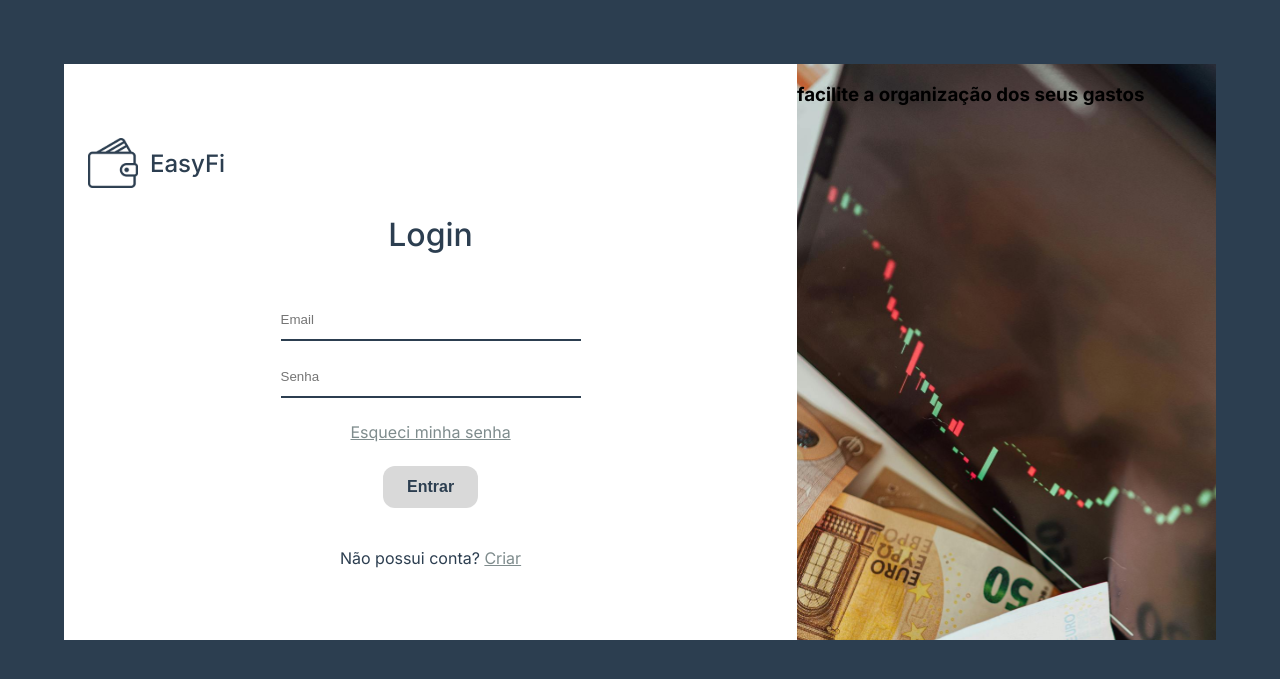
Repository: Ingridiag/projeto-engenharia
Page: login.html
An editor plug-in stored every save of this project. The page is shown before and after a run of saves, followed by the edit.
The browser window is 1280 px wide. The pictures show the whole page.

Above is the page before, as saved 2024-10-28 17:01:47.

After the next 2 saves:
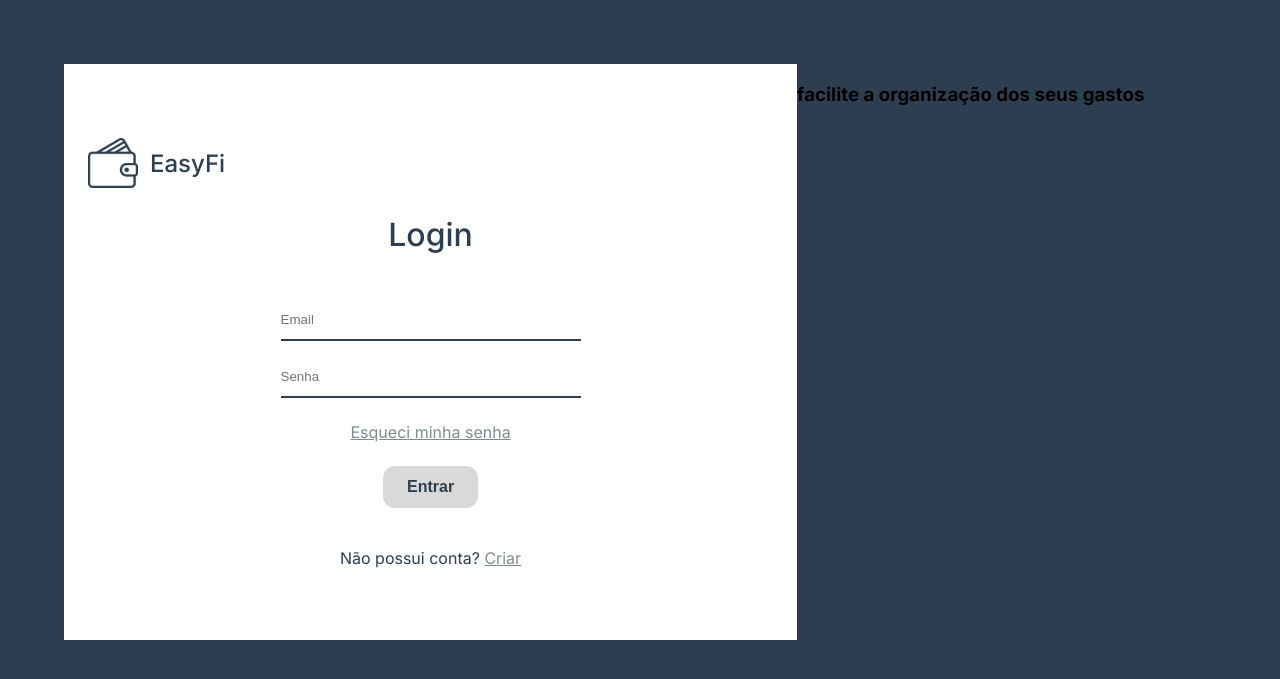
The 2 saves are shown as one change because they came seconds apart.
The last was saved 62 s later.
--- a/style.css
+++ b/style.css
@@ -101,7 +101,7 @@
 .decor{
   width: 40%;
   height: 80vh;
-  background-image: url(imagens/imagem_background.svg)
+  background-image: url(wi imagens/imagem_background.svg)
 }
 
 .cadastro {

After the save that followed:
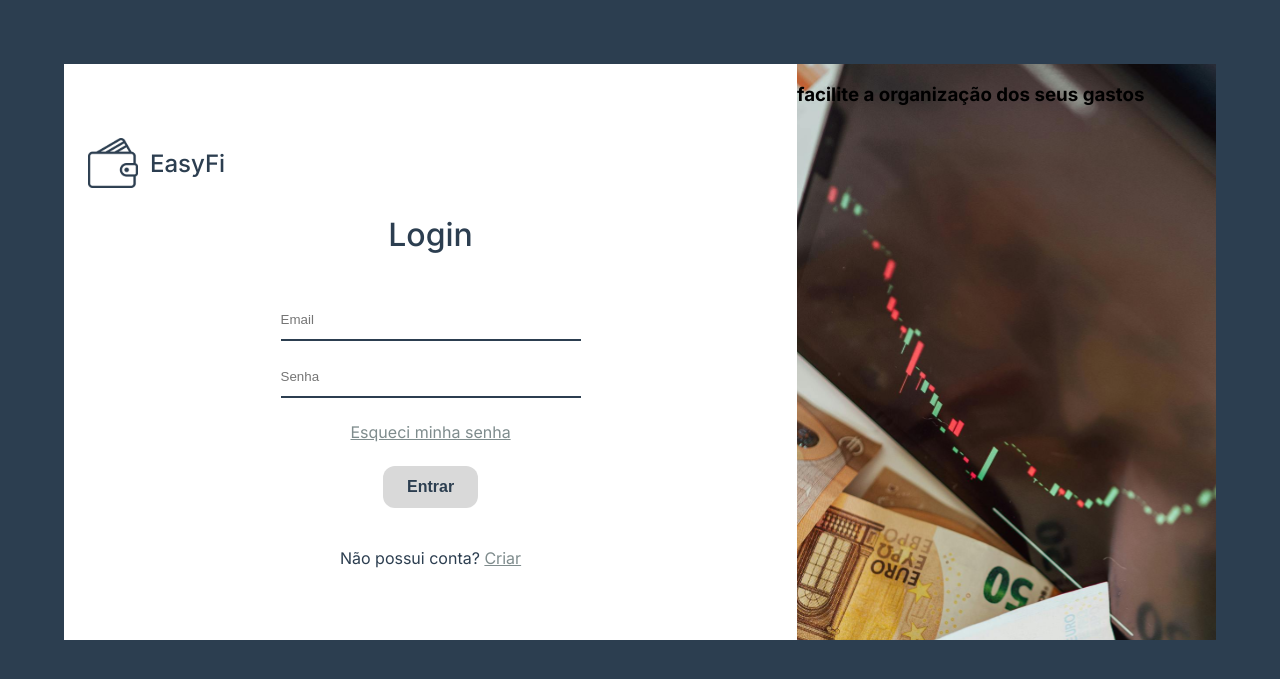
Saved 5 s later.
--- a/style.css
+++ b/style.css
@@ -101,7 +101,7 @@
 .decor{
   width: 40%;
   height: 80vh;
-  background-image: url(wi imagens/imagem_background.svg)
+  background-image: url( imagens/imagem_background.svg)
 }
 
 .cadastro {
